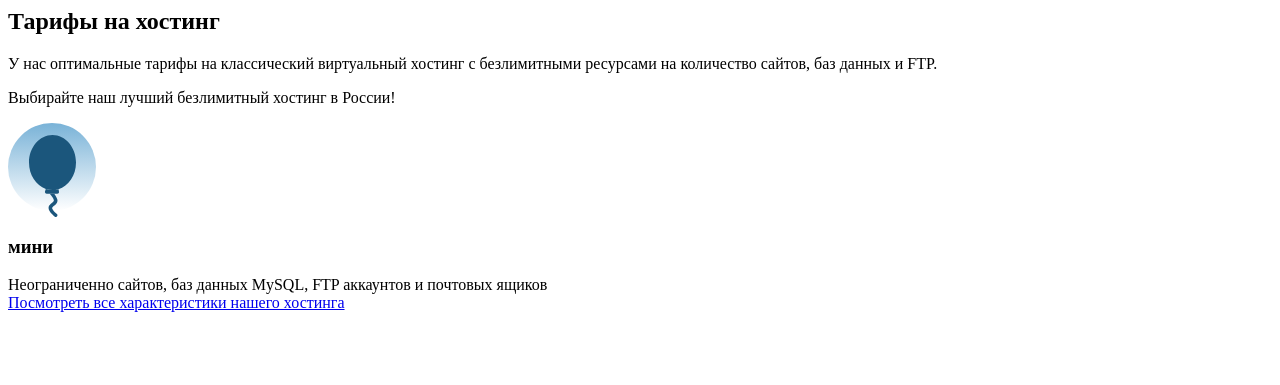
Repository: Inzhir2022/hosting
Page: src/_includes/_tariffs.html
An editor plug-in stored every save of this project. The page is shown before and after the next save, followed by the edit.
The browser window is 1280 px wide. The pictures show the whole page.

Above is the page before, as saved 2022-07-16 17:30:25.

### src/_includes/_tariffs.html
<section class="tariffs">
  <div class="container">
    <h2 class="tariffs__title">Тарифы на хостинг</h2>
    <div class="tariffs__text">
      <p>У нас оптимальные тарифы на классический виртуальный хостинг с безлимитными ресурсами на количество сайтов, баз данных и FTP.</p>
      <p>Выбирайте наш лучший <span class="tariffs__text_bold"> безлимитный</span> хостинг в России!</p>
    </div>
    <div class="tariffs__cards cards-block">
      <div class="card tariffs__card">
        <div class="card__header">
          <img src="../img/tariffs/tariffs_mini.svg" alt="icon">
          <h3 class="card__title">мини</h3>

        </div>
        <div class="card__body">
          <div class="card__subheader"></div>
        </div>
      </div>
    </div>
    <div class="cards-block__descr">Неограниченно сайтов, баз данных MySQL, FTP аккаунтов и почтовых ящиков</div>
    <div class="tariffs__link-more">
      <a href="#">Посмотреть все характеристики нашего хостинга</a>
    </div>
  </div>
</section>

After the next save:
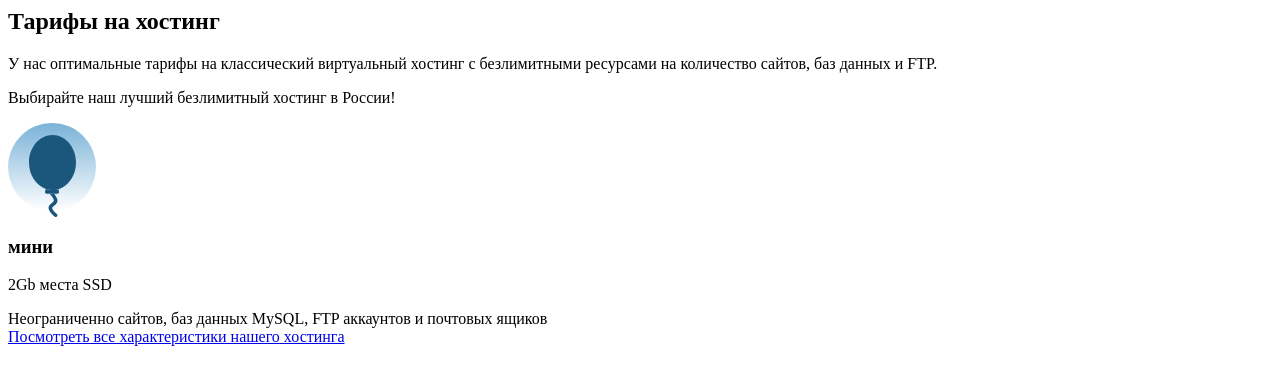
Saved 49 s later.
--- a/src/_includes/_tariffs.html
+++ b/src/_includes/_tariffs.html
@@ -13,7 +13,10 @@
 
         </div>
         <div class="card__body">
-          <div class="card__subheader"></div>
+          <div class="card__subheader">2Gb места SSD </div>
+          <ul class="">
+
+          </ul>
         </div>
       </div>
     </div>
